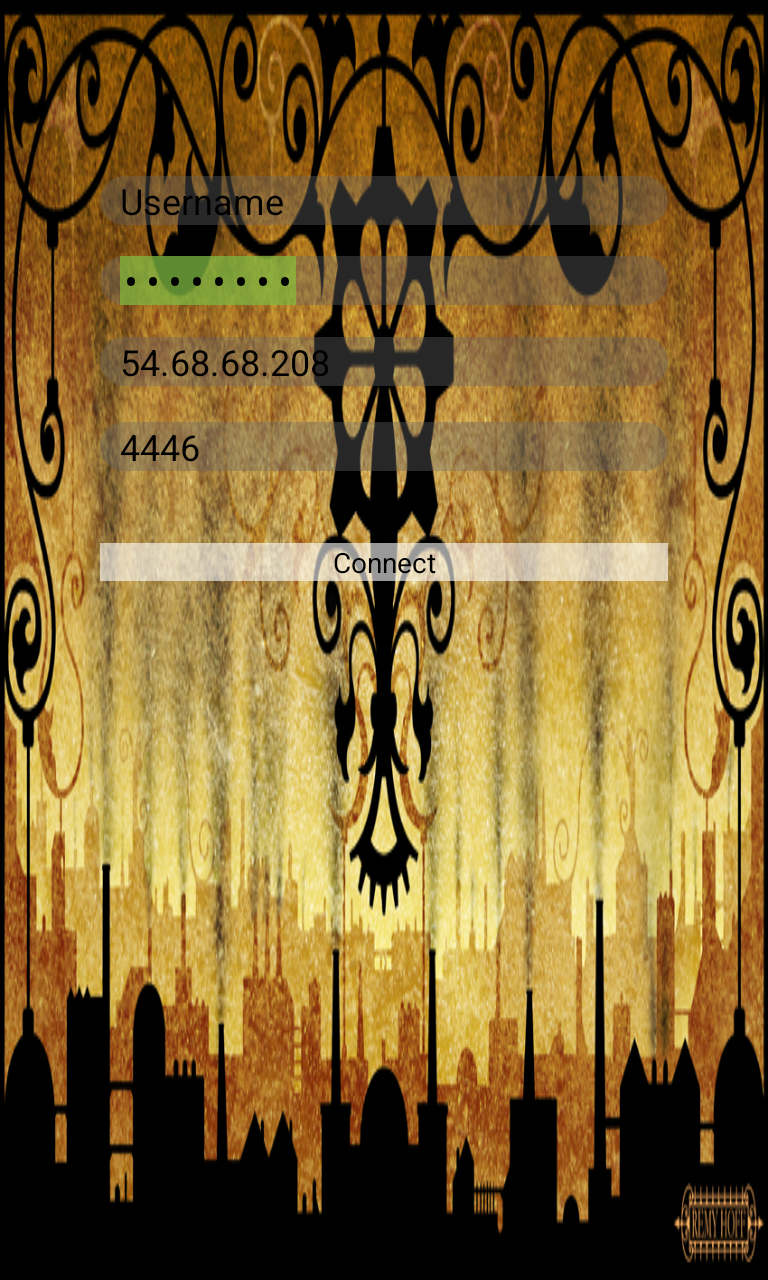
Repository: jkrepps/CSCE-482
Layout: Mobile Client (eclipse)/Industry of Deciet/res/layout/mains.xml
The author's editor kept a copy of each file at every save. The layout is drawn from the files as they stood at one save, then again after the next save.
It is drawn on a 768 x 1280 px phone screen (xhdpi) without system bars, with theme AppTheme; the app's code is not run.

Above is the layout before, as saved 2014-12-03 10:52:33.

After the next save:
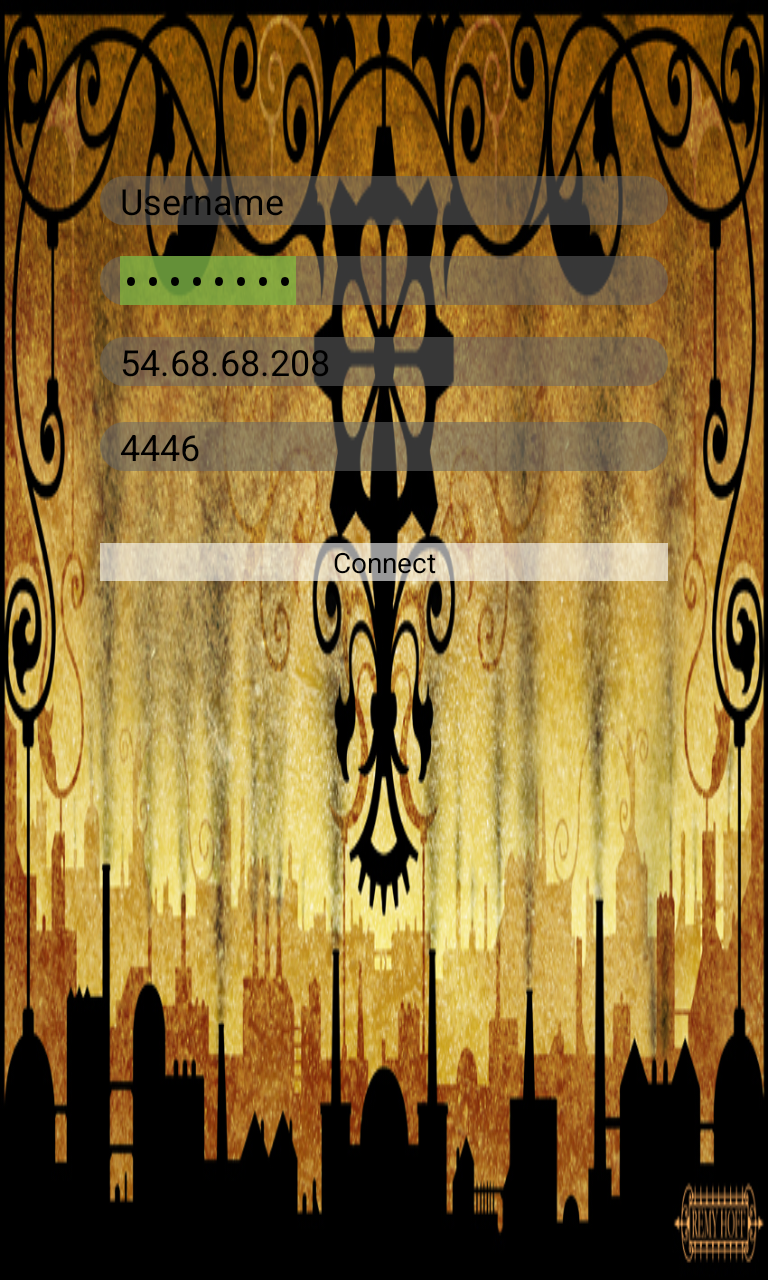
Saved 9 s later.
--- a/Mobile Client (eclipse)/Industry of Deciet/res/drawable-hdpi/roundededittext.xml
+++ b/Mobile Client (eclipse)/Industry of Deciet/res/drawable-hdpi/roundededittext.xml
@@ -2,7 +2,7 @@
 <!--  res/drawable/rounded_edittext.xml -->
 <shape xmlns:android="http://schemas.android.com/apk/res/android"
 android:shape="rectangle" android:padding="10dp">
- <solid android:color="#60676767"/>
+ <solid android:color="#88676767"/>
     <corners
      android:bottomRightRadius="15dp"
      android:bottomLeftRadius="15dp"
